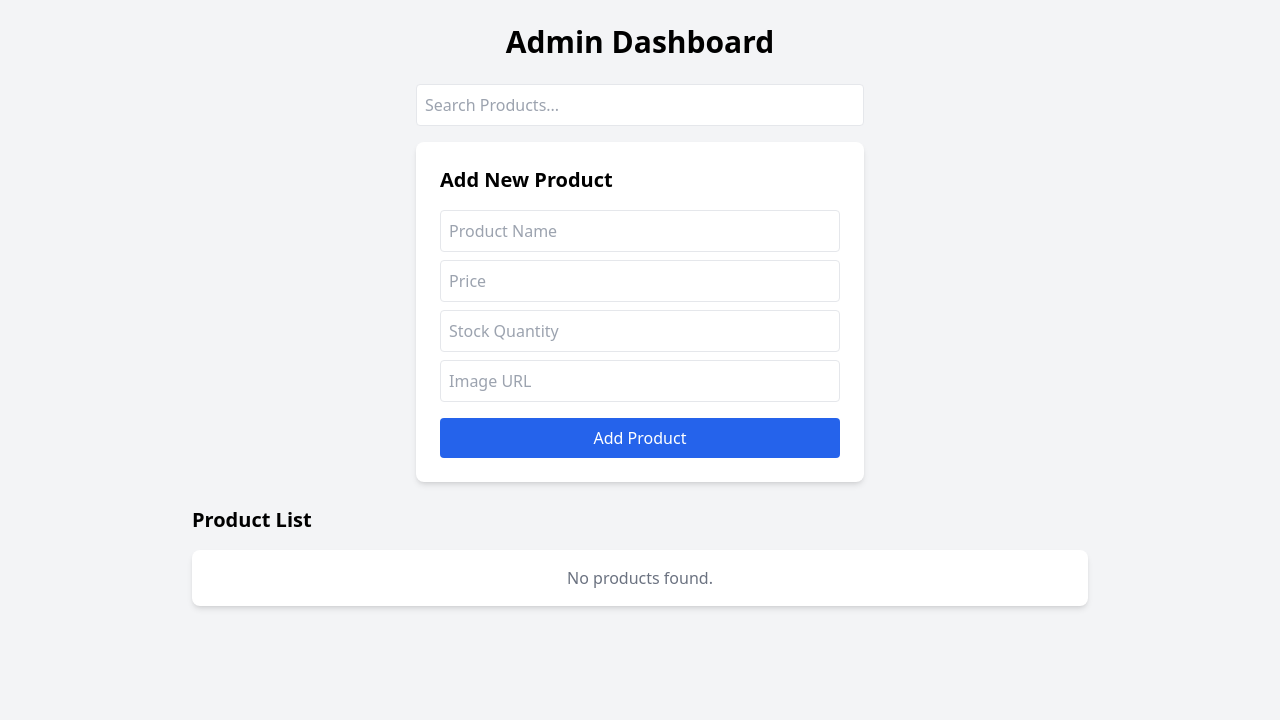
Repository: prathyushaa5/BuyYours
Page: /admin-dashboard (app in Frontend/)
An editor plug-in stored every save of this project. The page is shown before and after the next save, followed by the edit.
The browser window is 1280 px wide. The pictures show the whole page.
The page's requests for data from a server got no answer. The project was rebuilt for these pictures with package versions that can differ from the ones it lists, and the page was loaded fresh each time. No one was signed in, and anything a server would have sent is missing. Also part of the build but not shown: Frontend/vite.config.js, Frontend/src/components/Main.jsx, Frontend/src/components/Login.jsx, Frontend/src/components/Signup.jsx, Frontend/src/components/Home.jsx, Frontend/src/components/Navbar.jsx, Frontend/src/components/Categories.jsx, Frontend/src/components/Product.jsx and 4 more. Imported but missing from the stored project, and not drawn on this page: Frontend/src/components/Orders.

Above is the page before, as saved 2025-02-16 12:35:28.

### Frontend/src/App.jsx
import { BrowserRouter as Router, Routes, Route, Navigate } from "react-router-dom";
import { useState } from "react";
import Main from "./components/Main";
import Login from "./components/Login";
import Signup from "./components/Signup";
import Home from "./components/Home";
import Navbar from "./components/Navbar";
import Categories from "./components/Categories";
import Orders from "./components/Orders";
import Product from "./components/Product";
import CategoryPage from "./components/CategoryPage";
import Carts from "./components/Carts";
import SingleProduct from "./components/SingleProduct";
import AdminLogin from "./components/Admin/AdminLogin";
import AdminDashboard from "./components/Admin/AdminDashboard";
export default function App() {
  const [token, setToken] = useState(localStorage.getItem("token") || null);

  const handleLogin = (userToken) => {
    setToken(userToken);
    localStorage.setItem("token", userToken);
  };

  return (
    <Router>
      {token && <Navbar />} {/* Show Navbar only if logged in */}
      <Routes>
        {/* Show Main page first */}
        <Route path="/" element={<Main />} />

        {/* Login Page */}
        <Route path="/login" element={<Login onLogin={handleLogin} />} />

        {/* Signup Page */}
        <Route path="/signup" element={<Signup onLogin={handleLogin} />} />

        {/* Home Page (Protected) */}
        <Route path="/home" element={token ? <Home /> : <Navigate to="/login" />} />
        <Route path="/categories" element={token ? <Categories /> : <Navigate to="/login" />} />
        <Route path="/orders" element={token ? <Orders /> : <Navigate to="/login" />} />
        <Route path="/products" element={token ? <Product /> : <Navigate to="/login" />} />
        <Route path="/category/:name" element={<CategoryPage />} />
        <Route path="/carts" element={token ? <Carts /> : <Navigate to="/login" />} />
        <Route path="/product/:id" element={<SingleProduct />} />


        {/*Admin Setup*/}
        <Route path="/admin-login" element={<AdminLogin />} />
        <Route path="/admin-dashboard" element={<AdminDashboard />} />
      </Routes>
    </Router>
  );
}

### Frontend/src/components/Admin/AdminDashboard.jsx
import { useState, useEffect } from "react";
import axios from "axios";

const AdminDashboard = () => {
  const [products, setProducts] = useState([]);
  const [newProduct, setNewProduct] = useState({ name: "", price: "", stockQuantity: "", imageURL: "" });
  const [editingProduct, setEditingProduct] = useState(null);
  const [searchTerm, setSearchTerm] = useState("");

  // Fetch products on load
  useEffect(() => {
    fetchProducts();
  }, []);

  const fetchProducts = async () => {
    try {
      const response = await axios.get("http://localhost:5223/api/products");
      setProducts(response.data);
    } catch (error) {
      console.error("Error fetching products:", error);
    }
  };

  // Handle input change
  const handleInputChange = (e) => {
    setNewProduct({ ...newProduct, [e.target.name]: e.target.value });
  };

  // Handle update input change
  const handleEditInputChange = (e) => {
    setEditingProduct({ ...editingProduct, [e.target.name]: e.target.value });
  };

  // Add a new product
  const handleAddProduct = async () => {
    try {
      await axios.post("http://localhost:5223/api/products", newProduct);
      alert("Product added successfully!");
      setNewProduct({ name: "", price: "", stockQuantity: "", imageURL: "" });
      fetchProducts();
    } catch (error) {
      console.error("Error adding product:", error);
      alert("Failed to add product.");
    }
  };

  // Delete a product
  const handleDeleteProduct = async (productId) => {
    if (window.confirm("Are you sure you want to delete this product?")) {
      try {
        await axios.delete(`http://localhost:5223/api/products/${productId}`);
        alert("Product deleted successfully!");
        fetchProducts();
      } catch (error) {
        console.error("Error deleting product:", error);
        alert("Failed to delete product.");
      }
    }
  };

  // Enable edit mode
  const handleEditProduct = (product) => {
    setEditingProduct(product);
  };

  // Update a product
  const handleUpdateProduct = async () => {
    try {
      await axios.put(`http://localhost:5223/api/products/${editingProduct.productID}`, editingProduct);
      alert("Product updated successfully!");
      setEditingProduct(null);
      fetchProducts();
    } catch (error) {
      console.error("Error updating product:", error);
      alert("Failed to update product.");
    }
  };

  // Filter products based on search
  const filteredProducts = products.filter((product) =>
    product.name.toLowerCase().includes(searchTerm.toLowerCase())
  );

  return (
    <div className="min-h-screen p-6 bg-gray-100">
      <h2 className="text-3xl font-bold text-center mb-6">Admin Dashboard</h2>

      {/* Search Bar */}
      <div className="max-w-md mx-auto mb-4">
        <input
          type="text"
          placeholder="Search Products..."
          className="w-full p-2 border rounded"
          value={searchTerm}
          onChange={(e) => setSearchTerm(e.target.value)}
        />
      </div>

      {/* Add Product Form */}
      <div className="bg-white p-6 rounded-lg shadow-md max-w-md mx-auto mb-6">
        <h3 className="text-xl font-bold mb-4">Add New Product</h3>
        <input type="text" name="name" placeholder="Product Name" value={newProduct.name} onChange={handleInputChange} className="w-full p-2 border mb-2 rounded" />
        <input type="number" name="price" placeholder="Price" value={newProduct.price} onChange={handleInputChange} className="w-full p-2 border mb-2 rounded" />
        <input type="number" name="stockQuantity" placeholder="Stock Quantity" value={newProduct.stockQuantity} onChange={handleInputChange} className="w-full p-2 border mb-2 rounded" />
        <input type="text" name="imageURL" placeholder="Image URL" value={newProduct.imageURL} onChange={handleInputChange} className="w-full p-2 border mb-4 rounded" />
        <button onClick={handleAddProduct} className="w-full bg-blue-600 text-white py-2 rounded hover:bg-blue-700">Add Product</button>
      </div>

      {/* Product List */}
      <div className="max-w-4xl mx-auto">
        <h3 className="text-xl font-bold mb-4">Product List</h3>
        <div className="bg-white p-4 rounded-lg shadow-md">
          {filteredProducts.length === 0 ? (
            <p className="text-center text-gray-500">No products found.</p>
          ) : (
            <ul>
              {filteredProducts.map((product) => (
                <li key={product.productID} className="flex justify-between items-center p-2 border-b">
                  <div>
                    <p className="font-bold">{product.name}</p>
                    <p className="text-sm text-gray-600">Rs {product.price}</p>
                  </div>
                  <div className="flex space-x-2">
                    <button onClick={() => handleEditProduct(product)} className="bg-yellow-600 text-white px-3 py-1 rounded hover:bg-yellow-700">Edit</button>
                    <button onClick={() => handleDeleteProduct(product.productID)} className="bg-red-600 text-white px-3 py-1 rounded hover:bg-red-700">Delete</button>
                  </div>
                </li>
              ))}
            </ul>
          )}
        </div>
      </div>

      {/* Update Product Modal */}
      {editingProduct && (
        <div className="fixed inset-0 flex items-center justify-center bg-black bg-opacity-50">
          <div className="bg-white p-6 rounded-lg shadow-lg w-96">
            <h3 className="text-xl font-bold mb-4">Update Product</h3>
            <input type="text" name="name" value={editingProduct.name} onChange={handleEditInputChange} className="w-full p-2 border mb-2 rounded" />
            <input type="number" name="price" value={editingProduct.price} onChange={handleEditInputChange} className="w-full p-2 border mb-2 rounded" />
            <input type="number" name="stockQuantity" value={editingProduct.stockQuantity} onChange={handleEditInputChange} className="w-full p-2 border mb-2 rounded" />
            <input type="text" name="imageURL" value={editingProduct.imageURL} onChange={handleEditInputChange} className="w-full p-2 border mb-4 rounded" />
            <div className="flex justify-between">
              <button onClick={handleUpdateProduct} className="bg-green-600 text-white px-4 py-2 rounded hover:bg-green-700">Save</button>
              <button onClick={() => setEditingProduct(null)} className="bg-gray-600 text-white px-4 py-2 rounded hover:bg-gray-700">Cancel</button>
            </div>
          </div>
        </div>
      )}
    </div>
  );
};

export default AdminDashboard;

### Frontend/tailwind.config.js
/** @type {import('tailwindcss').Config} */
export default {
  content: [
    "./index.html",
    "./src/**/*.{js,ts,jsx,tsx}",
  ],
  theme: {
    extend: {
      colors: {
        brown: {
          500: '#A0522D',
          600: '#8B4513',
          700: '#5D4037',
        },
      },
    },
  },
  plugins: [],
}

Loaded but not shown: Frontend/index.html (common file); Frontend/src/main.jsx (common file); Frontend/src/index.css (common file)

After the next save:
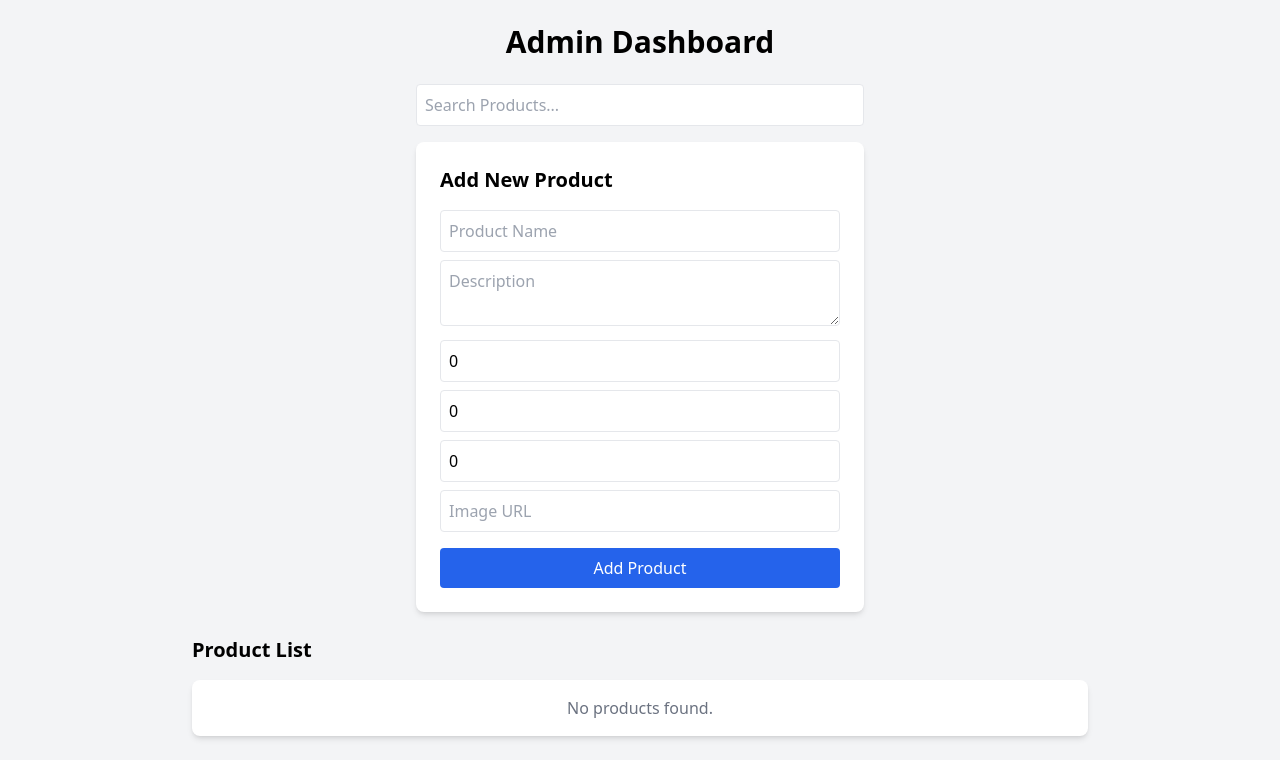
Saved 2 min 28 s later.
--- a/Frontend/src/components/Admin/AdminDashboard.jsx
+++ b/Frontend/src/components/Admin/AdminDashboard.jsx
@@ -3,11 +3,18 @@ import axios from "axios";
 
 const AdminDashboard = () => {
   const [products, setProducts] = useState([]);
-  const [newProduct, setNewProduct] = useState({ name: "", price: "", stockQuantity: "", imageURL: "" });
+  const [newProduct, setNewProduct] = useState({
+    name: "",
+    description: "",
+    stockQuantity: 0,
+    categoryID: 0,
+    price: 0,
+    imageURL: "",
+  });
   const [editingProduct, setEditingProduct] = useState(null);
   const [searchTerm, setSearchTerm] = useState("");
 
-  // Fetch products on load
+  // Fetch products
   useEffect(() => {
     fetchProducts();
   }, []);
@@ -36,7 +43,7 @@ const AdminDashboard = () => {
     try {
       await axios.post("http://localhost:5223/api/products", newProduct);
       alert("Product added successfully!");
-      setNewProduct({ name: "", price: "", stockQuantity: "", imageURL: "" });
+      setNewProduct({ name: "", description: "", stockQuantity: 0, categoryID: 0, price: 0, imageURL: "" });
       fetchProducts();
     } catch (error) {
       console.error("Error adding product:", error);
@@ -100,8 +107,10 @@ const AdminDashboard = () => {
       <div className="bg-white p-6 rounded-lg shadow-md max-w-md mx-auto mb-6">
         <h3 className="text-xl font-bold mb-4">Add New Product</h3>
         <input type="text" name="name" placeholder="Product Name" value={newProduct.name} onChange={handleInputChange} className="w-full p-2 border mb-2 rounded" />
+        <textarea name="description" placeholder="Description" value={newProduct.description} onChange={handleInputChange} className="w-full p-2 border mb-2 rounded" />
+        <input type="number" name="stockQuantity" placeholder="Stock Quantity" value={newProduct.stockQuantity} onChange={handleInputChange} className="w-full p-2 border mb-2 rounded" />
+        <input type="number" name="categoryID" placeholder="Category ID" value={newProduct.categoryID} onChange={handleInputChange} className="w-full p-2 border mb-2 rounded" />
         <input type="number" name="price" placeholder="Price" value={newProduct.price} onChange={handleInputChange} className="w-full p-2 border mb-2 rounded" />
-        <input type="number" name="stockQuantity" placeholder="Stock Quantity" value={newProduct.stockQuantity} onChange={handleInputChange} className="w-full p-2 border mb-2 rounded" />
         <input type="text" name="imageURL" placeholder="Image URL" value={newProduct.imageURL} onChange={handleInputChange} className="w-full p-2 border mb-4 rounded" />
         <button onClick={handleAddProduct} className="w-full bg-blue-600 text-white py-2 rounded hover:bg-blue-700">Add Product</button>
       </div>
@@ -118,7 +127,9 @@ const AdminDashboard = () => {
                 <li key={product.productID} className="flex justify-between items-center p-2 border-b">
                   <div>
                     <p className="font-bold">{product.name}</p>
-                    <p className="text-sm text-gray-600">Rs {product.price}</p>
+                    <p className="text-sm text-gray-600">{product.description}</p>
+                    <p className="text-sm text-gray-600">Price: Rs {product.price}</p>
+                    <p className="text-sm text-gray-600">Stock: {product.stockQuantity}</p>
                   </div>
                   <div className="flex space-x-2">
                     <button onClick={() => handleEditProduct(product)} className="bg-yellow-600 text-white px-3 py-1 rounded hover:bg-yellow-700">Edit</button>
@@ -137,8 +148,10 @@ const AdminDashboard = () => {
           <div className="bg-white p-6 rounded-lg shadow-lg w-96">
             <h3 className="text-xl font-bold mb-4">Update Product</h3>
             <input type="text" name="name" value={editingProduct.name} onChange={handleEditInputChange} className="w-full p-2 border mb-2 rounded" />
+            <textarea name="description" value={editingProduct.description} onChange={handleEditInputChange} className="w-full p-2 border mb-2 rounded" />
+            <input type="number" name="stockQuantity" value={editingProduct.stockQuantity} onChange={handleEditInputChange} className="w-full p-2 border mb-2 rounded" />
+            <input type="number" name="categoryID" value={editingProduct.categoryID} onChange={handleEditInputChange} className="w-full p-2 border mb-2 rounded" />
             <input type="number" name="price" value={editingProduct.price} onChange={handleEditInputChange} className="w-full p-2 border mb-2 rounded" />
-            <input type="number" name="stockQuantity" value={editingProduct.stockQuantity} onChange={handleEditInputChange} className="w-full p-2 border mb-2 rounded" />
             <input type="text" name="imageURL" value={editingProduct.imageURL} onChange={handleEditInputChange} className="w-full p-2 border mb-4 rounded" />
             <div className="flex justify-between">
               <button onClick={handleUpdateProduct} className="bg-green-600 text-white px-4 py-2 rounded hover:bg-green-700">Save</button>
